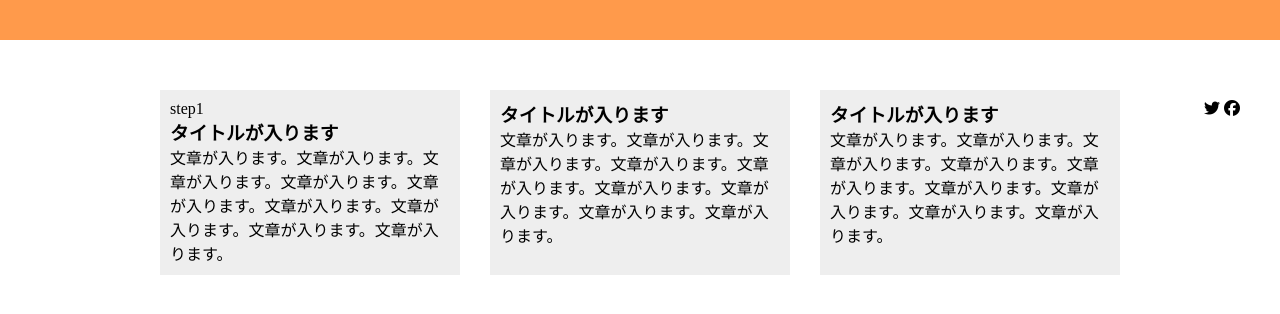
Repository: 825814/caravan2
Page: chapter9/index.html
The author's editor kept a record of every edit. The page is drawn from the files as they stood at one moment, then again after the next edit.
The browser window is 1280 px wide. The pictures show the whole page.
Some web libraries are served in a nearby version.

Above is the page before.

After the next edit:
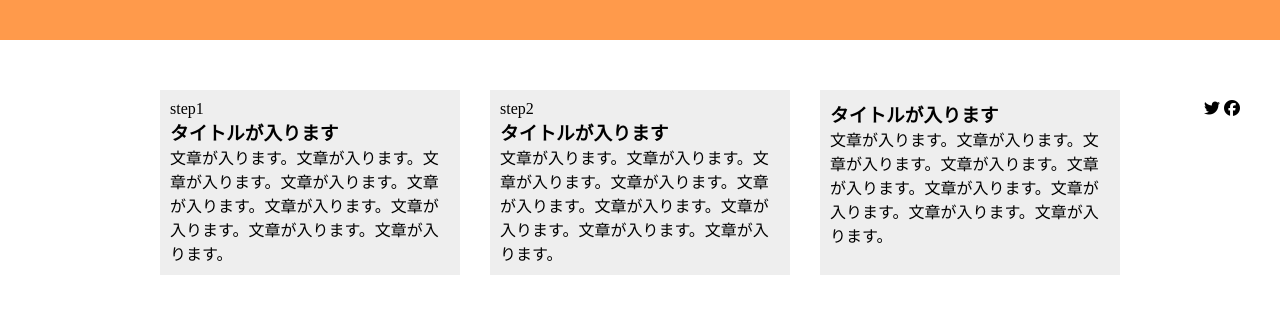
The edit:
--- a/chapter9/index.html
+++ b/chapter9/index.html
@@ -22,7 +22,7 @@
       </div>
       <div class="step-box">
         <div class="step-img2"></div>
-        <span class="step-nam"></span>
+        <span class="step-nam">step2</span>
         <h3 class="title">タイトルが入ります</h3>
         <p class="text">文章が入ります。文章が入ります。文章が入ります。文章が入ります。文章が入ります。文章が入ります。文章が入ります。文章が入ります。文章が入ります。</p>
       </div>
